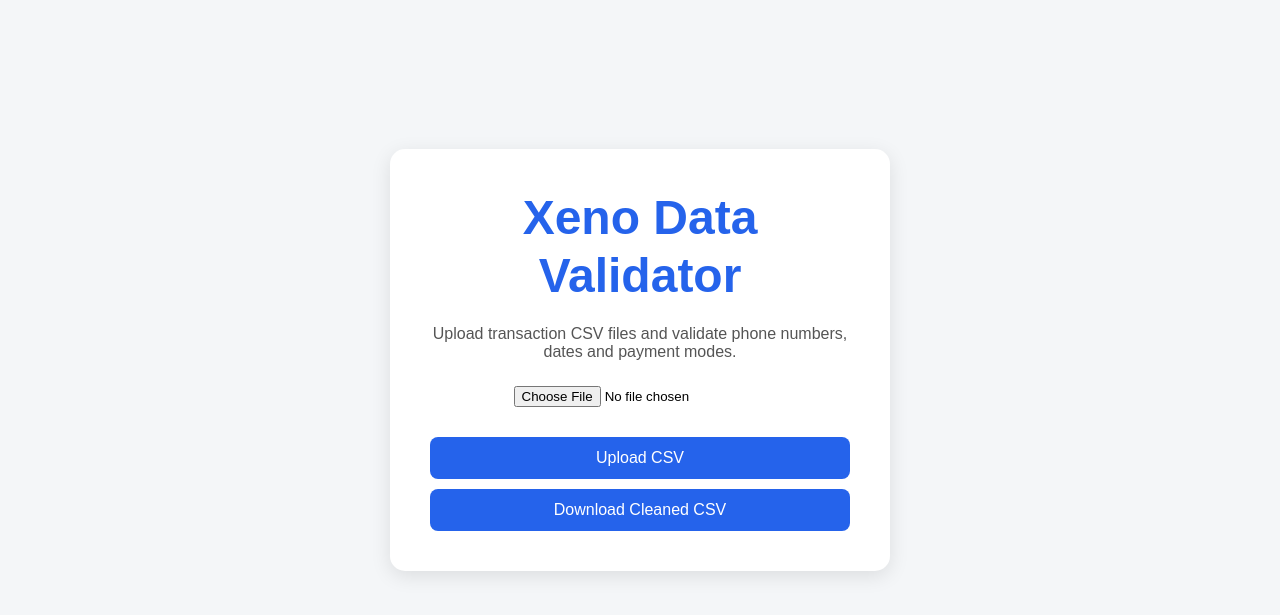
Repository: Aartigarg446/xeno-data-validator
Page: / (app in frontend/)
The author's editor kept a copy of each file at every save. The page is drawn from the files as they stood at one save, then again after the next save.
The browser window is 1280 px wide. The pictures show the whole page.
The project was rebuilt for these pictures with package versions that can differ from the ones it lists, and the page was loaded fresh each time. Also part of the build but not shown: frontend/vite.config.js.

Above is the page before, as saved 2026-06-17 13:40:57.

### frontend/src/index.css
html,
body,
#root {
  width: 100%;
  min-height: 100vh;
  margin: 0;
  padding: 0;
}

### frontend/src/App.jsx
import { useState } from "react";
import axios from "axios";
import "./App.css";

function App() {
  const [file, setFile] = useState(null);

  const uploadFile = async () => {
    if (!file) {
      alert("Please select a CSV file");
      return;
    }

    const formData = new FormData();
    formData.append("file", file);

    try {
      await axios.post(
        "http://localhost:5000/upload",
        formData
      );

      alert("CSV Uploaded Successfully");
    } catch (error) {
      console.log(error);
      alert("Upload Failed");
    }
  };

  return (
    <div className="container">

      <div className="card">

        <h1>Xeno Data Validator</h1>

        <p>
          Upload transaction CSV files and validate
          phone numbers, dates and payment modes.
        </p>

        <input
          type="file"
          accept=".csv"
          onChange={(e) =>
            setFile(e.target.files[0])
          }
        />

        <button onClick={uploadFile}>
          Upload CSV
        </button>

        <a
          href="http://localhost:5000/download"
          target="_blank"
        >
          <button>
            Download Cleaned CSV
          </button>
        </a>

      </div>

    </div>
  );
}

export default App;

### frontend/src/App.css
* {
  margin: 0;
  padding: 0;
  box-sizing: border-box;
}

body {
  background: #f4f6f8;
  font-family: Arial, sans-serif;
}

.container {
  min-height: 100vh;
  display: flex;
  justify-content: center;
  align-items: center;
}

.card {
  background: white;
  padding: 40px;
  border-radius: 15px;
  width: 500px;
  text-align: center;
  box-shadow: 0px 5px 20px rgba(0,0,0,0.1);
}

h1 {
  color: #2563eb;
  margin-bottom: 20px;
  font-size: 48px;
  line-height: 1.2;
}

p {
  color: #555;
  margin-bottom: 25px;
}

input {
  margin-bottom: 20px;
}

button {
  width: 100%;
  padding: 12px;
  margin-top: 10px;
  border: none;
  border-radius: 8px;
  background: #2563eb;
  color: white;
  cursor: pointer;
  font-size: 16px;
}

button:hover {
  background: #1d4ed8;
}

Loaded but not shown: frontend/src/main.jsx (common file)

After the next save:
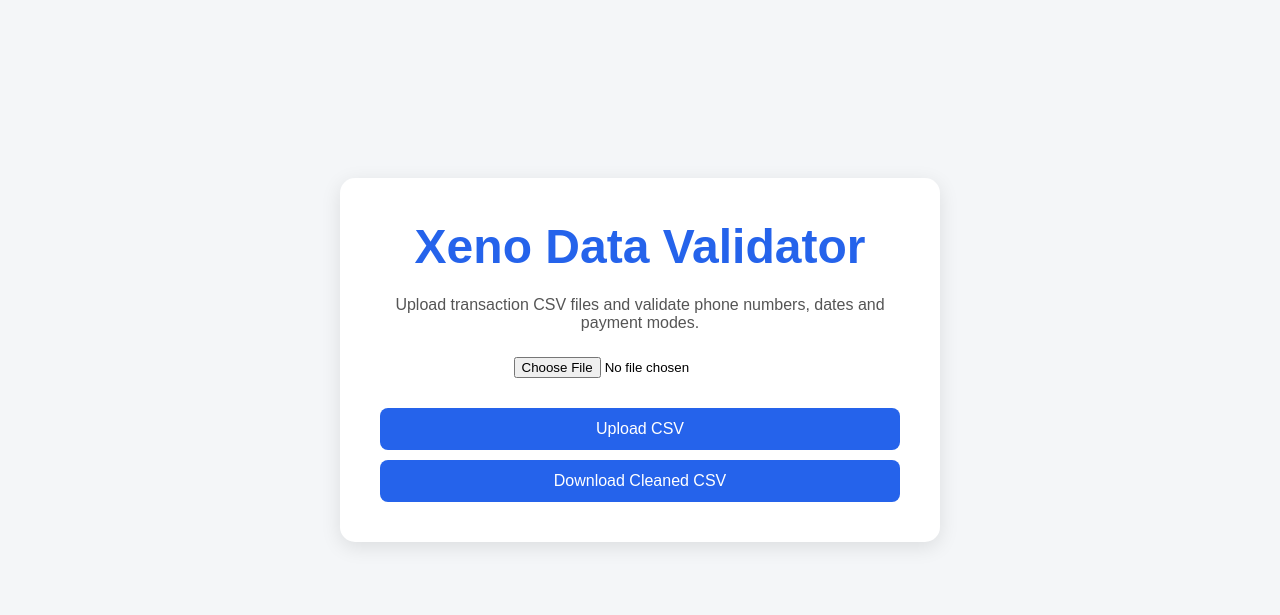
Saved 26 s later.
--- a/frontend/src/App.css
+++ b/frontend/src/App.css
@@ -20,7 +20,8 @@
   background: white;
   padding: 40px;
   border-radius: 15px;
-  width: 500px;
+  width: 600px;
+max-width: 90%;
   text-align: center;
   box-shadow: 0px 5px 20px rgba(0,0,0,0.1);
 }
